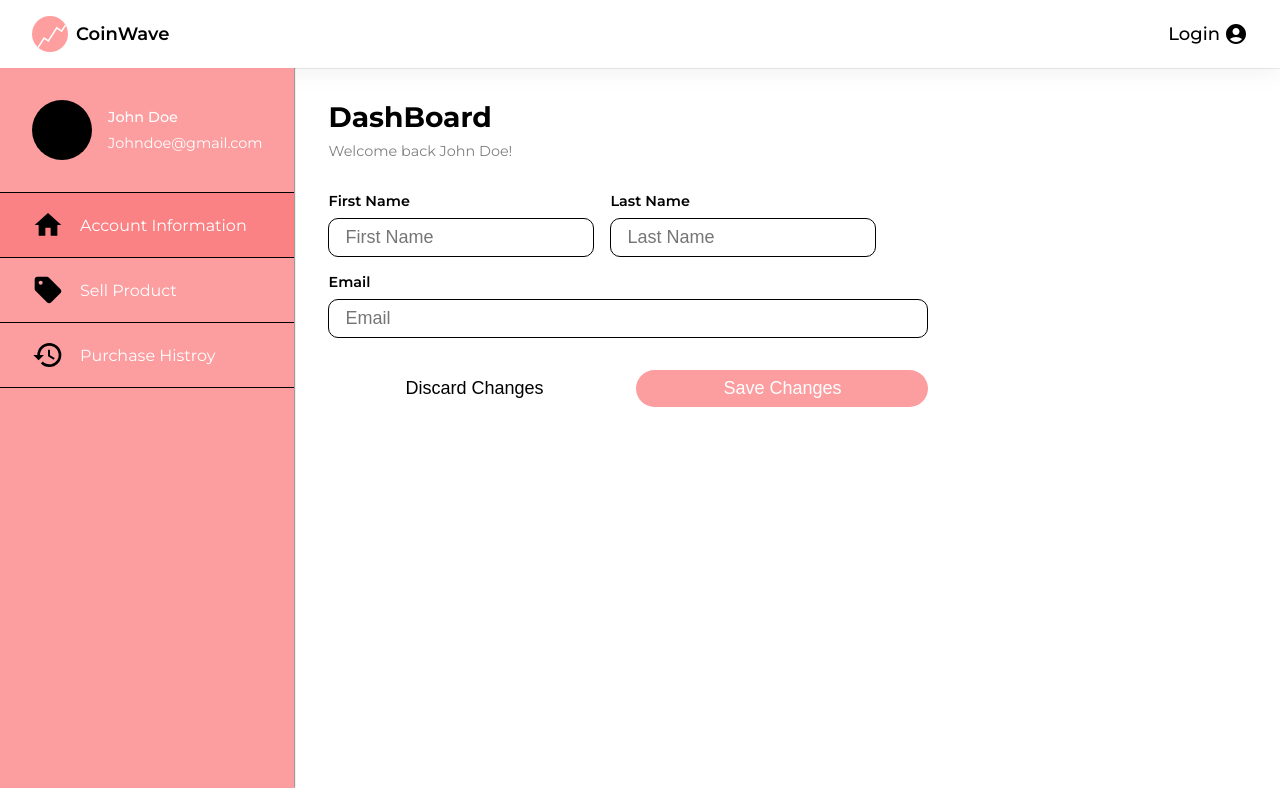
Repository: David-Waite/CoinWave
Page: /account
The author's editor kept a copy of each file at every save. The page is drawn from the files as they stood at one save, then again after the next save.
The browser window is 1280 px wide. The pictures show the whole page.
The project was rebuilt for these pictures with package versions that can differ from the ones it lists, and the page was loaded fresh each time. The framework's server and built-in components were replaced by stand-ins that run in the browser. Also part of the build but not shown: next.config.js, app/components/account/SellProduct/SellProduct.js, app/components/account/PurchaseHistory/PurchaseHistory.js.

Above is the page before, as saved 2023-08-16 11:23:19.

### app/layout.js
import Nav from "./components/Nav/Nav";
import "./globals.css";
import { Montserrat } from "next/font/google";

const montserrat = Montserrat({ subsets: ["latin"] });

export const metadata = {
  title: "Coin Wave",
  description: "Generated by create next app",
};

export default function RootLayout({ children }) {
  return (
    <html lang="en">
      <body className={montserrat.className}>
        <Nav />
        {children}
      </body>
    </html>
  );
}

### app/account/page.js
"use client";
import styles from "./account.module.css";
import { useState } from "react";
import AccountMenu from "../components/account/AccountMenu/AccountMenu";
import AccountInformation from "../components/account/AccountInfomation/AccountInfomation";
import SellProduct from "../components/account/SellProduct/SellProduct";
import PurchaseHistroy from "../components/account/PurchaseHistory/PurchaseHistory";

export default function Account() {
  const [selected, setSelected] = useState({
    accountInformation: true,
    sellProduct: false,
    purchaseHistroy: false,
  });

  function handleMenuSelect(select) {
    setSelected({
      accountInformation: select === "accountInformation",
      sellProduct: select === "sellProduct",
      purchaseHistroy: select === "purchaseHistroy",
    });
  }

  return (
    <div className={styles.main}>
      <AccountMenu selected={selected} onClick={handleMenuSelect} />

      <hr />
      <main>
        {selected.accountInformation && <AccountInformation />}
        {selected.sellProduct && <SellProduct />}
        {selected.purchaseHistroy && <PurchaseHistroy />}
      </main>
    </div>
  );
}

### app/components/Nav/Nav.js
import styles from "./nav.module.css";
import Link from "next/link";
import { MdAccountCircle } from "react-icons/md";
export default function Nav() {
  return (
    <nav className={styles.main}>
      <Link className={styles.homeLink} href="/">
        <svg
          width="36"
          height="36"
          viewBox="0 0 36 36"
          fill="none"
          xmlns="http://www.w3.org/2000/svg"
        >
          <circle cx="18" cy="18" r="18" fill="#FF9E9E" />
          <mask
            id="mask0_7_9"
            style={{ maskType: "alpha" }}
            maskUnits="userSpaceOnUse"
            x="0"
            y="0"
            width="36"
            height="36"
          >
            <path
              d="M36 18C36 27.9411 27.9411 36 18 36C8.05887 36 0 27.9411 0 18C0 8.05887 8.05887 0 18 0C27.9411 0 36 8.05887 36 18Z"
              fill="#FF9E9E"
            />
          </mask>
          <g mask="url(#mask0_7_9)">
            <path
              d="M2.13416 37.6684L12.0865 22.0755L16.3706 24.9865L24.7305 11.8885L29.6267 15.2153L36.3942 4.61218"
              stroke="white"
              stroke-width="1.5"
            />
          </g>
        </svg>
        CoinWave
      </Link>
      <Link className={styles.loginLink} href="/login">
        Login <MdAccountCircle size={24} />
      </Link>
    </nav>
  );
}

### app/globals.css
:root {
  --primary: #fc9d9f;
}

* {
  margin: 0;
  padding: 0;
}

### app/components/account/AccountMenu/AccountMenu.js
import styles from "./accountMenu.module.css";
import { MdHistory, MdHome, MdSell } from "react-icons/md";
export default function AccountMenu(props) {
  function handleClick(select) {
    props.onClick(select);
  }

  const selectedP = {
    backgroundColor: "#fa8284",
  };

  return (
    <div className={styles.container}>
      <div className={styles.infoOverView}>
        <div className={styles.photo}></div>
        <div className={styles.overViewTextContainer}>
          <p className={styles.fullNameOverView}>John Doe</p>
          <p className={styles.emailOverView}>Johndoe@gmail.com</p>
        </div>
      </div>

      <div
        onClick={() => handleClick("accountInformation")}
        className={styles.linkContainer}
        style={Object.assign(props.selected.accountInformation && selectedP)}
      >
        <MdHome className={styles.menuIcons} />
        <p>Account Information</p>
      </div>

      <div
        onClick={() => handleClick("sellProduct")}
        className={styles.linkContainer}
        style={Object.assign(props.selected.sellProduct && selectedP)}
      >
        <MdSell className={styles.menuIcons} />
        <p>Sell Product</p>
      </div>

      <div
        onClick={() => handleClick("purchaseHistroy")}
        className={`${styles.linkContainer} ${styles.linkContainerBottom}`}
        style={Object.assign(props.selected.purchaseHistroy && selectedP)}
      >
        <MdHistory className={styles.menuIcons} />
        <p>Purchase Histroy</p>
      </div>
    </div>
  );
}

### app/components/account/AccountInfomation/AccountInfomation.js
"use client";
import styles from "./accountInformation.module.css";
import { useState } from "react";
import { useRouter } from "next/navigation";
import { MdSecurityUpdate } from "react-icons/md";

export default function AccountInformation() {
  const [formData, setFormData] = useState({
    firstName: "",
    lastNameName: "",
    email: "",
  });

  const router = useRouter();

  function handleChange(event) {
    const { type, name, value, checked } = event.target;
    setFormData((prevFormData) => {
      return {
        ...prevFormData,
        [name]: type === "checkbox" ? checked : value,
      };
    });
  }

  function handleSubmit(event) {
    event.preventDefault();

    router.push("/account");
  }

  return (
    <main className={styles.main}>
      <form onSubmit={handleSubmit}>
        <h1 className={styles.title}>DashBoard</h1>
        <p className={styles.welcomeText}>Welcome back {"John Doe"}!</p>

        <div className={styles.form}>
          <div className={styles.nameContainer}>
            <div className={styles.inputContainer}>
              <label className={styles.firstNameLable} htmlFor="firstName">
                First Name
              </label>
              <input
                className={styles.firstName}
                type="text"
                placeholder="First Name"
                onChange={handleChange}
                name="firstName"
                value={formData.firstName}
              />
            </div>
            <div className={styles.inputContainer}>
              <label className={styles.lastNameLable} htmlFor="lastName">
                Last Name
              </label>
              <input
                className={styles.firstName}
                type="text"
                placeholder="Last Name"
                onChange={handleChange}
                name="lastName"
                value={formData.lastName}
              />
            </div>
          </div>

          <div className={styles.inputContainer}>
            <label className={styles.emailLable} htmlFor="email">
              Email
            </label>
            <input
              className={styles.email}
              type="email"
              placeholder="Email"
              onChange={handleChange}
              name="email"
              value={formData.email}
            />
          </div>
        </div>
        <div className={styles.buttonContainer}>
          <button className={styles.discardChanges}>Discard Changes</button>
          <button className={styles.saveChanges}>Save Changes</button>
        </div>
      </form>
    </main>
  );
}

### app/components/Nav/nav.module.css
.main {
  display: flex;
  align-items: center;
  justify-content: space-between;
  padding: 16px 60px;
  box-shadow: rgba(0, 0, 0, 0.05) 0px 6px 24px 0px,
    rgba(0, 0, 0, 0.08) 0px 0px 0px 1px;
}

.homeLink {
  display: flex;
  align-items: center;
  gap: 8px;
  text-decoration: none;
  font-size: 18px;
  color: black;
  font-weight: 600;
}

.loginLink {
  display: flex;
  align-items: center;
  gap: 4px;
  font-size: 18px;
  text-decoration: none;
  color: black;
  font-weight: 500;
}

@media (max-width: 1600px) {
  .main {
    padding: 16px 32px;
  }
}
@media (max-width: 778px) {
  .main {
    padding: 16px;
  }
  .loginLink,
  .homeLink {
    font-size: 16px;
  }
}

### app/components/account/AccountMenu/accountMenu.module.css
.container {
  background-color: var(--primary);

  height: 100vh;
}

.infoOverView {
  display: flex;
  align-items: center;
  gap: 16px;

  padding: 32px;
}

.fullNameOverView {
  color: white;
  font-size: 14.4px;
  font-weight: 500;
}

.emailOverView {
  color: white;
  font-size: 14.4px;
}

.overViewTextContainer {
  display: flex;
  flex-direction: column;
  gap: 8px;
}

.linkContainer {
  padding: 16px 0;
  display: flex;
  align-items: center;
  gap: 16px;
  padding-left: 32px;
  border-top: 1px solid black;
  cursor: pointer;
}
.linkContainer:hover {
  background-color: #fa8284;
}

.menuIcons {
  font-size: 32px;
}

.linkContainerBottom {
  border-bottom: 1px solid black;
}

.linkContainer p {
  color: white;
}

.photo {
  width: 60px;
  height: 60px;
  background-color: black;
  border-radius: 50%;
}

### app/components/account/AccountInfomation/accountInformation.module.css
.main {
  padding: 32px;
  width: 600px;
}

.title {
  font-size: 28.13px;
}

.welcomeText {
  font-size: 14.4px;
  color: grey;
  margin-top: 8px;
}

.firstNameLable,
.lastNameLable,
.emailLable {
  font-size: 14.4px;
  font-weight: 600;
}

.firstName,
.lastName,
.email {
  border: 1px solid black;
  padding: 8px 16px;
  font-size: 18px;
  border-radius: 10px;
}

.form {
  padding: 32px 0;
  display: flex;
  flex-direction: column;
  gap: 16px;
}

.inputContainer {
  display: flex;
  flex-direction: column;
  gap: 8px;
}

.buttonContainer {
  display: flex;
  gap: 16px;
}
.discardChanges,
.saveChanges {
  cursor: pointer;
  border: none;
  padding: 8px 16px;
  border-radius: 50px;
  font-size: 18px;
  width: 100%;
}

.discardChanges {
  color: black;
  background-color: transparent;
}
.nameContainer {
  display: flex;
  gap: 16px;
}

.saveChanges {
  background-color: var(--primary);
  color: white;
}

Loaded but not shown: app/account/account.module.css (common file)

After the next save:
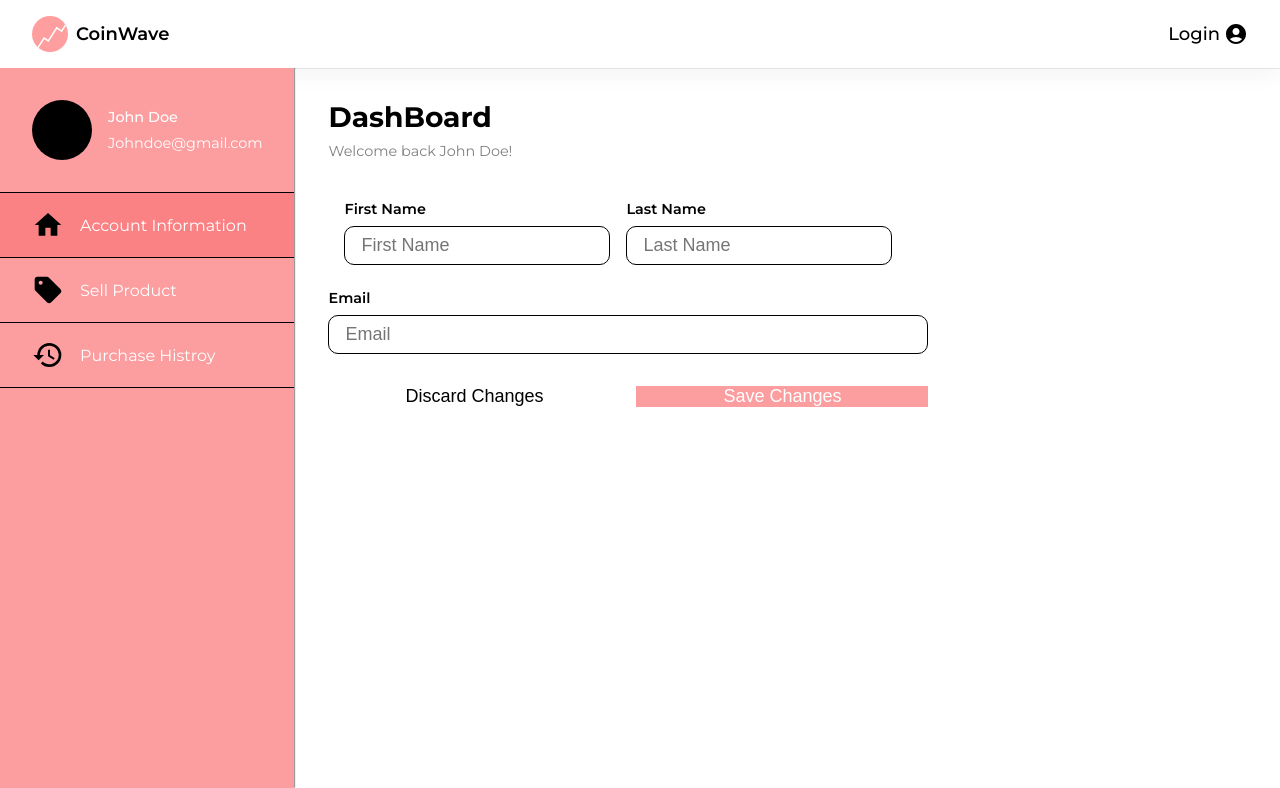
Saved 34 s later.
--- a/app/components/account/AccountInfomation/accountInformation.module.css
+++ b/app/components/account/AccountInfomation/accountInformation.module.css
@@ -50,8 +50,7 @@
 .saveChanges {
   cursor: pointer;
   border: none;
-  padding: 8px 16px;
-  border-radius: 50px;
+
   font-size: 18px;
   width: 100%;
 }
@@ -61,6 +60,8 @@
   background-color: transparent;
 }
 .nameContainer {
+  padding: 8px 16px;
+  border-radius: 50px;
   display: flex;
   gap: 16px;
 }
